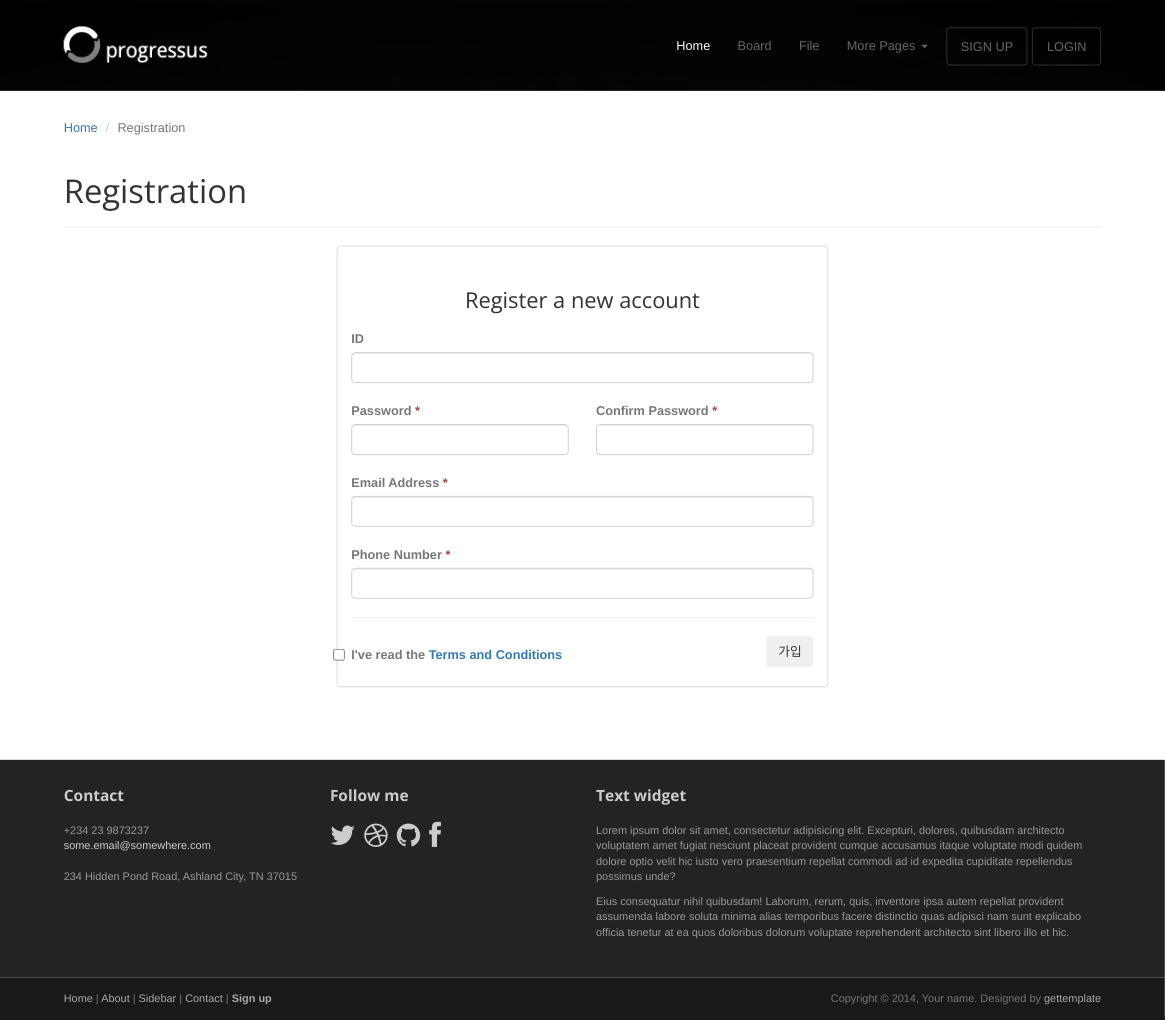
Repository: javalmk/study
Page: http://localhost/Step16_Myproject/views/users/signup_form.jsp
An editor plug-in stored every save of this project. The page is shown before and after the next save, followed by the edit.
The browser window is 1280 px wide. The pictures show the whole page, at 91% of full size.
The page is served by Tomcat 9. Nobody is signed in. The application's start-up code is not run.

Above is the page before, as saved 2018-01-05 14:00:01.

After the next save:
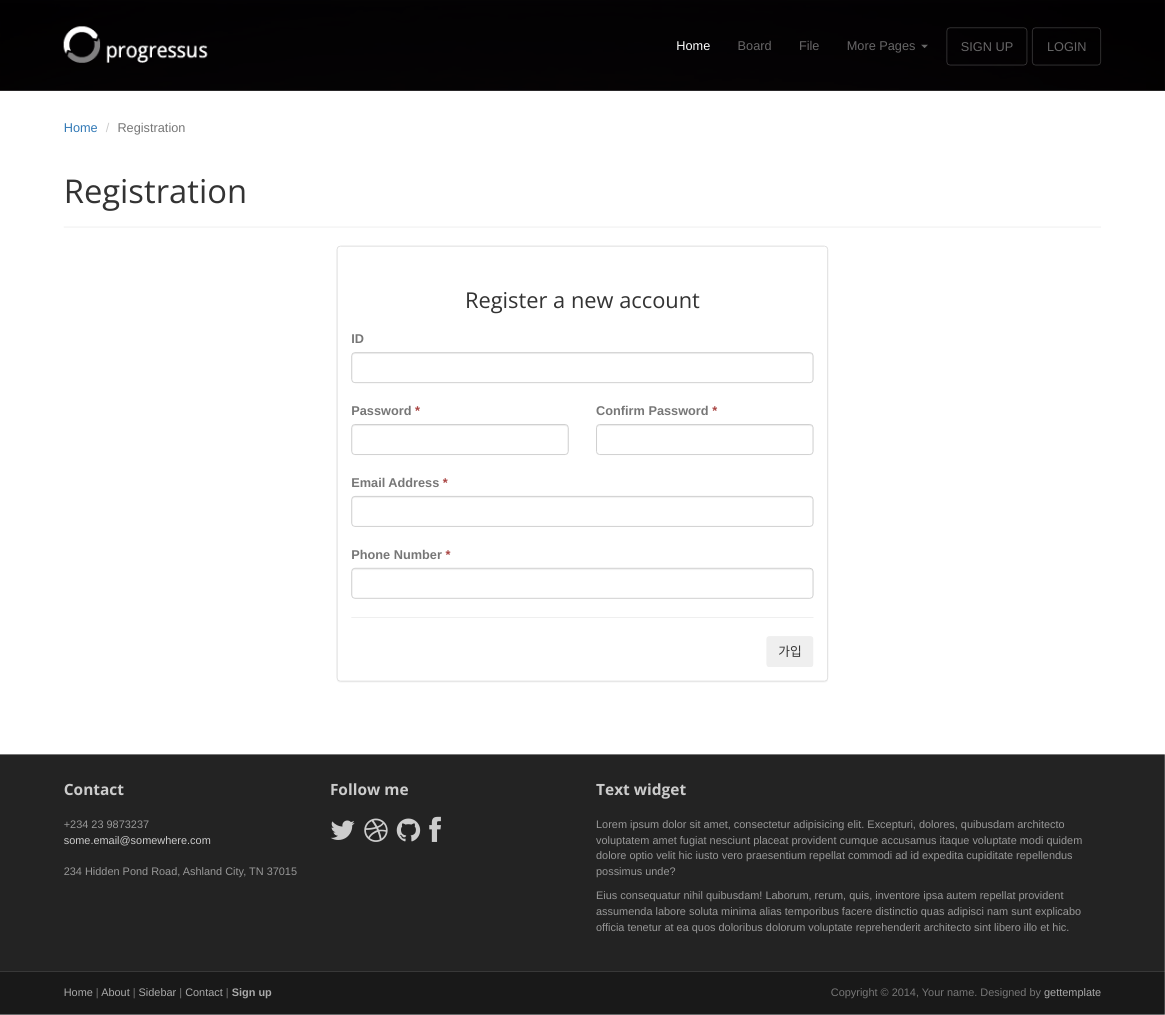
Saved 25 min 53 s later.
--- a/java/web_work/Step16_Myproject/WebContent/views/users/signup_form.jsp
+++ b/java/web_work/Step16_Myproject/WebContent/views/users/signup_form.jsp
@@ -75,10 +75,7 @@
 
 								<div class="row">
 									<div class="col-lg-8">
-										<label class="checkbox">
-											<input type="checkbox">
-											I've read the <a href="page_terms.html">Terms and Conditions</a>
-										</label>
+
 									</div>
 									<div class="col-lg-4 text-right">
 										<button class="btn btn-action" id="rbtn" type="submit">가입</button>
